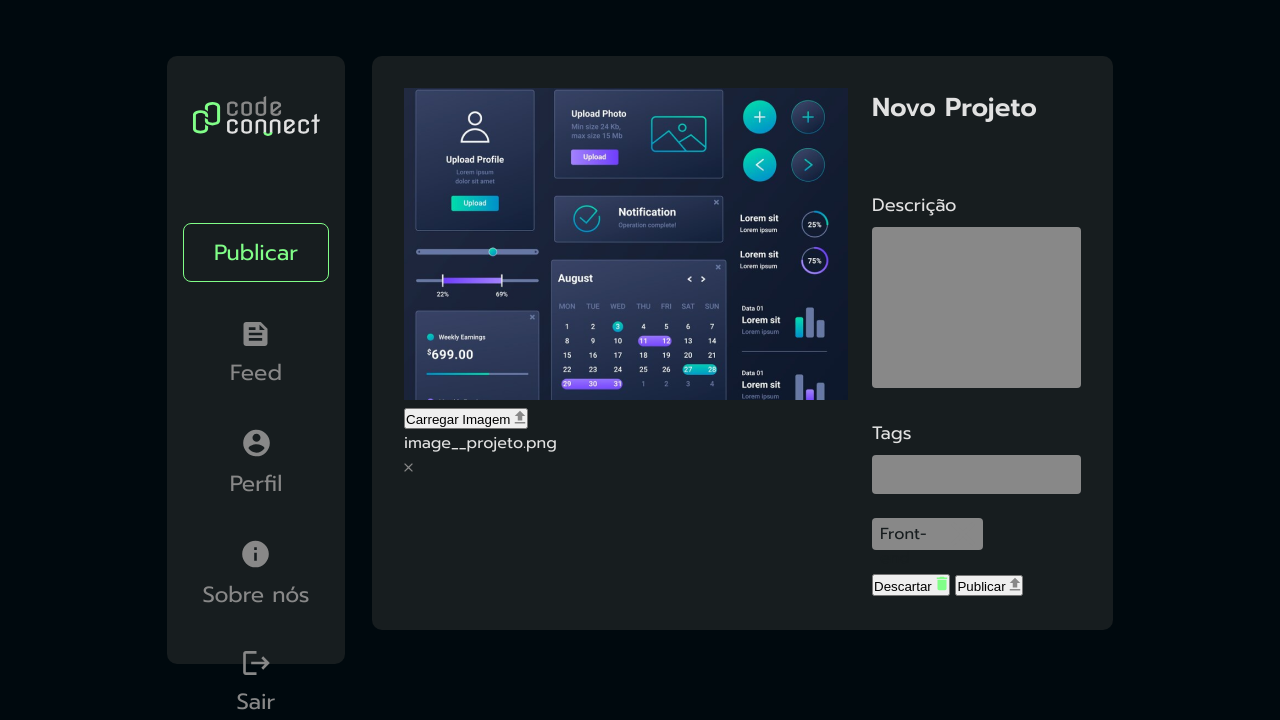
Repository: joaoPraiaJunior/async_await
Page: index.html
The author's editor kept a copy of each file at every save. The page is drawn from the files as they stood at one save, then again after the next save.
The browser window is 1280 px wide. The pictures show the whole page.

Above is the page before, as saved 2024-08-24 19:37:32.

### index.html
<!DOCTYPE html>
<html lang="pt-BR" dir="ltr">

<head>
    <meta charset="UTF-8">
    <meta name="viewport" content="width=device-width, initial-scale=1.0">
    <meta name="description" content="Projeto Async Await">
    <link rel="preconnect" href="https://fonts.googleapis.com">
    <link rel="preconnect" href="https://fonts.gstatic.com" crossorigin>
    <link href="https://fonts.googleapis.com/css2?family=Prompt:ital,wght@0,100;0,200;0,300;0,400;0,500;0,600;0,700;0,800;0,900;1,100;1,200;1,300;1,400;1,500;1,600;1,700;1,800;1,900&display=swap" rel="stylesheet">
    <link rel="stylesheet" href="./css/styles.css">
    <title>CodeConnect</title>
</head>

<body>

    <aside class="l-lateral">
        <figure><img src="./img/Logo.svg" alt="Logo do codeconnect"></figure>
        <nav class="c-menu">
            <ul class="c-menu__lista">
                <li class="c-menu__item"><a href="#" class="c-menu__link">Publicar</a></li>
                <li class="c-menu__item"><a href="#" class="c-menu__link"><img src="./img/feed.svg" aria-hidden="true" alt>Feed</a></li>
                <li class="c-menu__item"><a href="#" class="c-menu__link"><img src="./img/account_circle.svg" aria-hidden="true" alt>Perfil</a></li>
                <li class="c-menu__item"><a href="#" class="c-menu__link"><img src="./img/info.svg" aria-hidden="true" alt>Sobre nós</a></li>
                <li class="c-menu__item"><a href="#" class="c-menu__link"><img src="./img/logout.svg" aria-hidden="true" alt>Sair</a></li>
            </ul>
        </nav>
    </aside>

    <main class="l-principal">
        <div class="c-upload-imagem">
            <div class="c-upload-imagem__container">
                <figure class="c-upload-imagem__publicacao">
                    <img src="./img/imagem1.png" alt>
                </figure>
            </div>
            <button class="c-upload-imagem__botao" aria-label="carregar imagem">Carregar Imagem <img src="./img/upload.svg" aria-hidden="true" alt></button>
            <div class="c-upload-imagem__descricao">
                <p>image__projeto.png</p>
                <img src="./img/close.svg" aria-hidden="true" alt>
            </div>
        </div>

        <div class="c-formulario">
            <h2 class="c-formulario__titulo">Novo Projeto</h2>
            <form class="c-formulario__acoes">
                <div class="c-formulario__grupo">
                    <label for="Descricao">Descrição</label>
                    <textarea name="descricao" id="descricao">
                    </textarea>
                </div>

                <div class="c-formulario__grupo">
                    <label for="Tags">Tags</label>
                    <input type="text" name="tags" id="tags">
                </div>

                <ul class="c-formulario__lista">
                    <li class="c-formulario__lista-tags">
                        <p>Front-end</p>
                        <img src="./img/close.svg" alt>
                    </li>
                </ul>

                <div class="c-formulario__botoes">
                    <button class="c-formulario__botao">Descartar <img src="./img/trash.svg" aria-hidden="true" alt></button>
                    <button class="c-formulario__botao">Publicar <img src="./img/upload.svg" aria-hidden="true" alt></button>
                </div>
            </form>
        </div>
    </main>

    <script src="./js/scripts.js"></script>
</body>

</html>

### css/styles.css
:root {
  /* Cores */
  --background-color: #00090e;
  --cor-do-texto: #e1e1e1;
  --cor-primaria: #81fe88;
  --cor-secundaria: #888888;
  --cor-da-tag: #171d1f;
  --componentes-do-background: #171d1f;

  /* Fontes */
  --fonte-padrao: "Prompt", sans-serif;
}

* {
  margin: 0;
  padding: 0;
  box-sizing: border-box;
}

html {
  font-size: 62.5%;
}

body {
  display: flex;
  justify-content: center;
  align-items: start;
  gap: 2.7rem;
  font-family: var(--fonte-padrao);
  font-size: 1.6rem;
  background-color: var(--background-color);
  color: var(--cor-do-texto);
  padding: 5.6rem 0;
  height: 100vh;
}

.l-lateral {
  text-align: center;
  background-color: var(--componentes-do-background);
  border-radius: 1.0rem;
  padding: 4.0rem 1.6rem;
  height: 100%;
}

.c-menu__lista {
    display: flex;
    flex-direction: column;
    align-items: center;
    gap: 4.0rem;
    margin-top: 8.0rem;
    list-style-type: none;
}

.c-menu__link {
    display: flex;
    flex-direction: column;
    align-items: center;
    gap: 1.0rem;
    font-size: 2.2rem;
    text-decoration: none;
    color: var(--cor-secundaria);
}

.c-menu__lista li:first-of-type a {
    color: var(--cor-primaria);
    border: .1rem solid var(--cor-primaria);
    border-radius: .8rem;
    padding: 1.2rem 3.0rem;
}


.l-principal {
    display: flex;
    gap: 2.4rem;
    background-color: var(--componentes-do-background);
    border-radius: 1.0rem;
    padding: 3.2rem;
}

.c-formulario {
    display: flex;
    flex-direction: column;
    gap: 2.4rem;
}

.c-formulario__titulo {
    font-size: 2.6rem;
    font-weight: 600;
    margin-bottom: 4.0rem;
}

.c-formulario__acoes {
    display: flex;
    flex-direction: column;
    gap: 2.4rem;
}

.c-formulario__grupo label {
    display: block;
    font-size: 1.8rem;
    font-weight: 400;
    margin-bottom: .8rem;
}

.c-formulario__grupo input, textarea {
    background-color: var(--cor-secundaria);
    font-family: var(--fonte-padrao);
    line-height: 2.25rem;
    border: none;
    border-radius: .4rem;
    padding:.8rem 1.6rem;
    width: 100%;
}

.c-formulario__grupo textarea {
    resize: none;
    height: 16.1rem;
}

.c-formulario__grupo input {
    height: 3.9rem;
}

.c-formulario__lista {
    display: flex;
    list-style-type: none;
}

.c-formulario__lista-tags {
    display: flex;
    gap: 1.0rem;
    color: var(--cor-da-tag);
    background-color: var(--cor-secundaria);
    border-radius: .4rem;
    padding: .4rem .8rem;
}

Loaded but not shown: js/scripts.js (no copy from this time; the picture is the same without it)

After the next save:
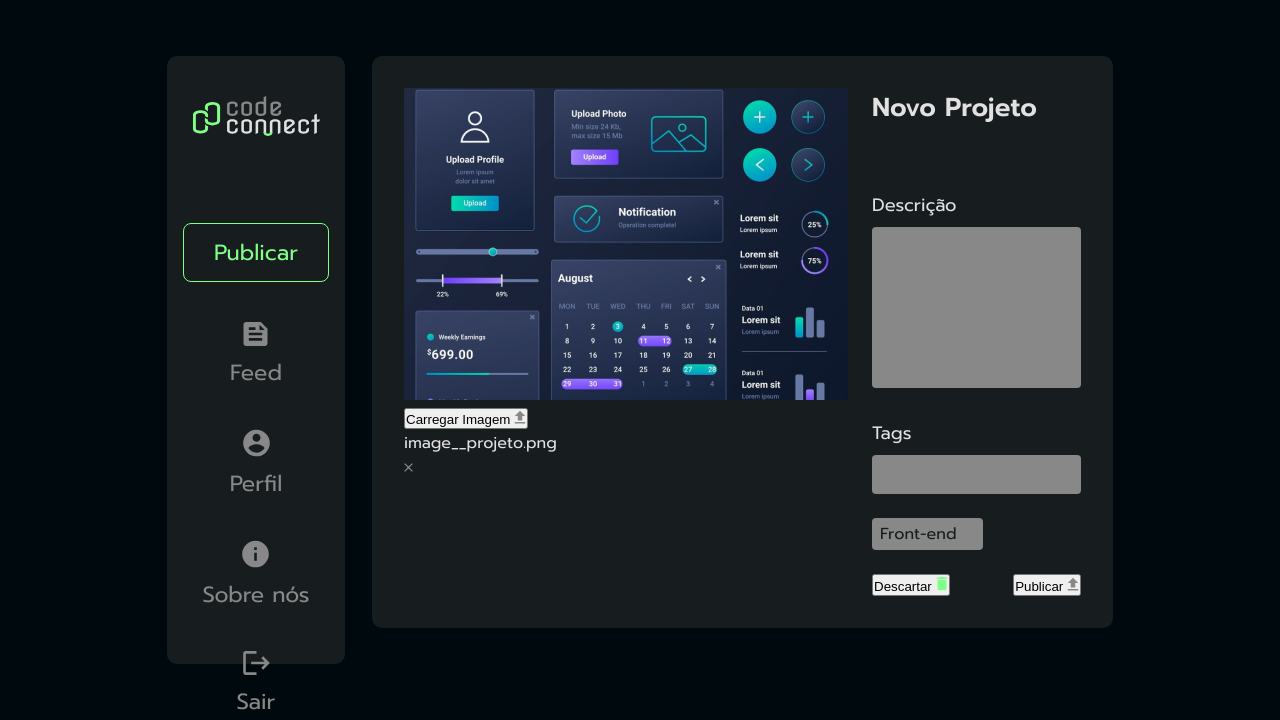
Saved 3 min 4 s later.
--- a/css/styles.css
+++ b/css/styles.css
@@ -134,3 +134,9 @@ body {
     border-radius: .4rem;
     padding: .4rem .8rem;
 }
+
+.c-formulario__botoes {
+    display: flex;
+    justify-content: space-between;
+    gap: 2.4rem;
+}
